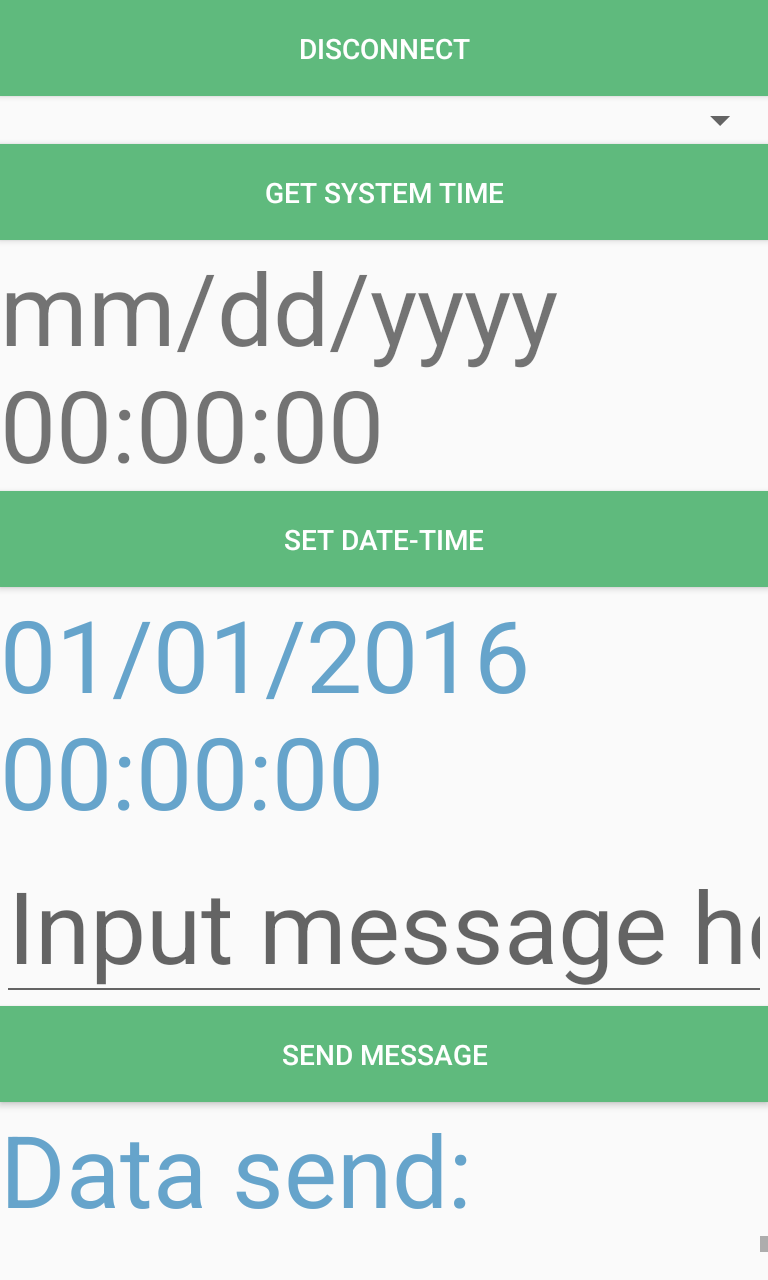
Repository: FisherKei/EclipseWorkspace
Layout: PIC_HC05_DS1307/PIC_HC06_DS1307/res/layout/timer_ds1307.xml
An editor plug-in stored every save of this project. The layout is shown before and after the next save, followed by the edit.
It is drawn on a 768 x 1280 px phone screen (xhdpi) without system bars, with theme AppTheme; the app's code is not run.

Above is the layout before, as saved 2016-06-27 13:00:17.

After the next save:
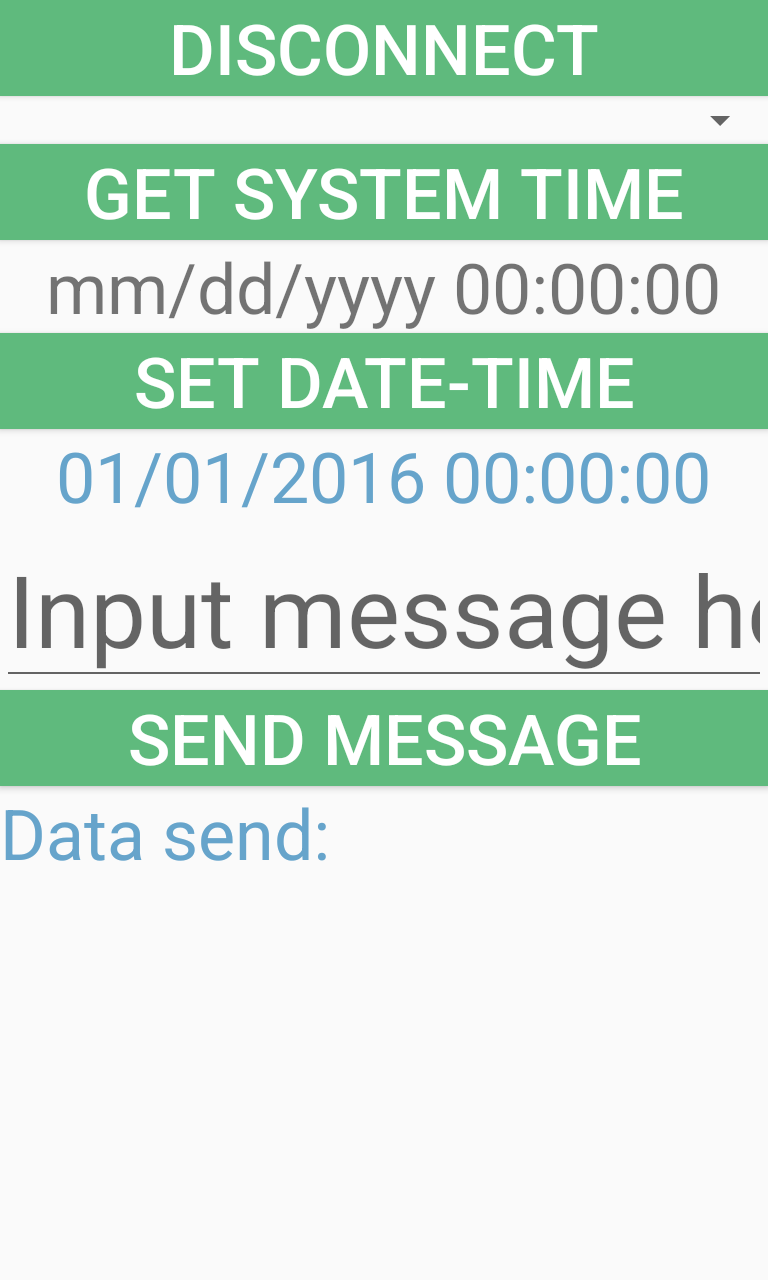
Saved 98 s later.
--- a/PIC_HC05_DS1307/PIC_HC06_DS1307/res/layout/timer_ds1307.xml
+++ b/PIC_HC05_DS1307/PIC_HC06_DS1307/res/layout/timer_ds1307.xml
@@ -11,6 +11,7 @@
         android:layout_height="wrap_content"
         android:background="#5FBA7D"
         android:textColor="#ffffff"
+        android:textSize="35sp"
         android:text="@string/strBTDisconnect"/>
 
     <Spinner
@@ -24,6 +25,7 @@
         android:layout_height="wrap_content"
         android:background="#5FBA7D"
         android:textColor="#ffffff"
+        android:textSize="35sp"
         android:text="@string/strBtnGetSysTime"/>
 
 
@@ -33,7 +35,7 @@
         android:layout_height="wrap_content"
         android:layout_gravity="center_horizontal"
         android:text="@string/strTimerVal"
-        android:textSize="50sp" />
+        android:textSize="35sp" />
 
     <Button
         android:id="@+id/btnSetDateTime"
@@ -41,6 +43,7 @@
         android:layout_height="wrap_content"
         android:background="#5FBA7D"
         android:textColor="#ffffff"
+        android:textSize="35sp"
         android:text="@string/strBtnSetDateTime"/>
 
     <TextView
@@ -50,7 +53,7 @@
         android:textColor="#66A4CB"
         android:layout_gravity="center_horizontal"
         android:text="@string/strInitialDateTime"
-        android:textSize="50sp" />
+        android:textSize="35sp" />
 
     <EditText
         android:id="@+id/editMessage"
@@ -66,6 +69,7 @@
         android:layout_height="wrap_content"
         android:background="#5FBA7D"
         android:textColor="#ffffff"
+        android:textSize="35sp"
         android:text="@string/strBtnSend"/>
 
     <TextView
@@ -73,7 +77,7 @@
         android:layout_height="wrap_content"
         android:textColor="#66A4CB"
         android:text="@string/strTxtvShowSendData"
-        android:textSize="50sp" />
+        android:textSize="35sp" />
 
     <ScrollView
         android:layout_width="match_parent"
@@ -83,7 +87,7 @@
             android:id="@+id/txtvMessages"
             android:layout_width="match_parent"
             android:layout_height="wrap_content"
-            android:textSize="50sp"
+            android:textSize="35sp"
             android:textColor="#66A4CB"
             android:text=""/>
     </ScrollView>
